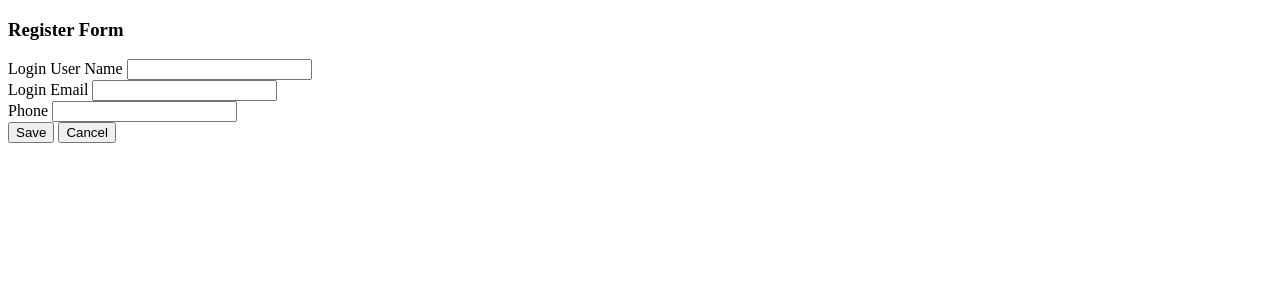
Repository: zuzinmeko/maven_project
Page: http://localhost/04-employee-scope/
These files come from the project's save history. The page is drawn as it stood at one moment and after the next save; the edit follows.
The browser window is 1280 px wide. The pictures show the whole page.
The page is served by Tomcat 9.

Above is the page before, as saved 2020-12-16 13:48:28.

After the next save:
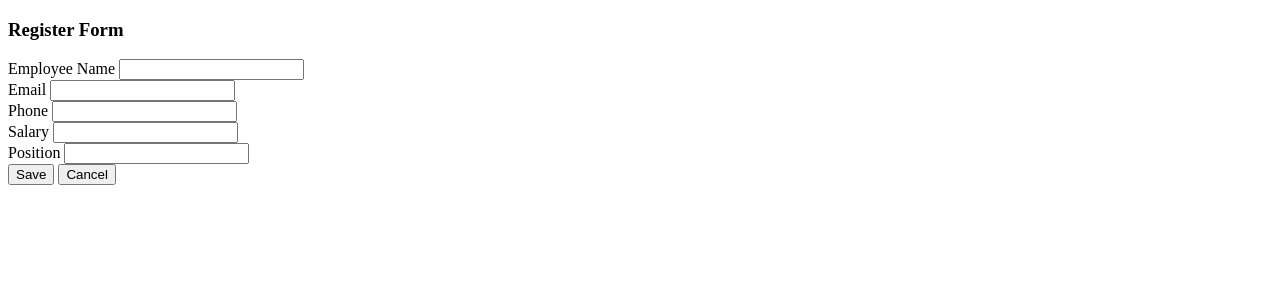
Saved 99 s later.
--- a/04-employee-scope/src/main/webapp/index.jsp
+++ b/04-employee-scope/src/main/webapp/index.jsp
@@ -4,7 +4,7 @@
 <html>
 <head>
 <meta charset="ISO-8859-1">
-<title>Insert title here</title>
+<title>Employee Information</title>
 </head>
 <body>
 <div class="container">
@@ -19,16 +19,24 @@
 					<div class="card-body">
 					<form action="register" class="form" method="post">
 					<div class="form-group">
-					<label for="">Login User Name</label>
+					<label for="">Employee Name</label>
 					<input type="text" name="name" class="form-control" />
 					</div>
 					<div class="form-group">
-					<label for="">Login Email</label>
+					<label for=""> Email</label>
 					<input type="email" name="email" class="form-control" />
 					</div>
 					<div class="form-group">
 					<label for="">Phone</label>
 					<input type="number" name="phone" class="form-control" />
+					</div>
+					<div class="form-group">
+					<label for="">Salary</label>
+					<input type="number" name="salary" class="form-control" />
+					</div>
+					<div class="form-group">
+					<label for="">Position</label>
+					<input type="text" name="position" class="form-control" />
 					</div>
 					<button type="submit" class="btn btn-primary">Save</button>
 					<button type="submit" class="btn btn-danger">Cancel</button>
